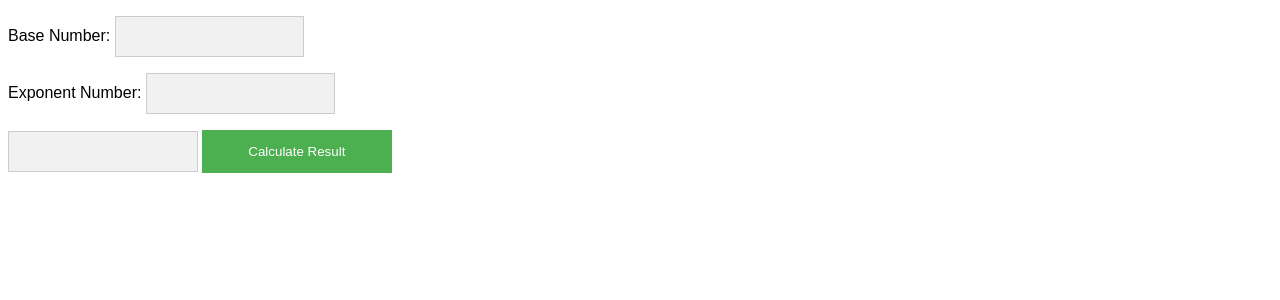
Repository: DeepaliKalagate/PowerCalculatorAPI
Page: PowerFunctionCalculator/src/main/resources/PowerFunction.html
These files come from the project's save history. The page is drawn as it stood at one moment and after the next save; the edit follows.
The browser window is 1280 px wide. The pictures show the whole page.

Above is the page before, as saved 2020-02-09 06:05:36.

After the next save:
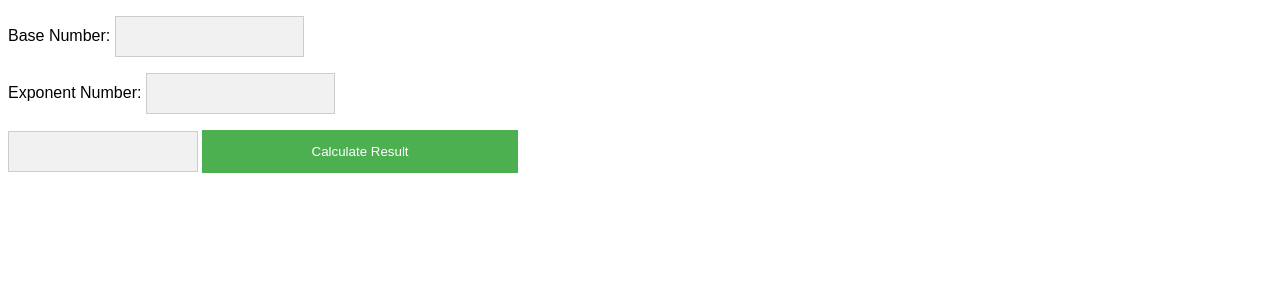
Saved 31 s later.
--- a/PowerFunctionCalculator/src/main/resources/PowerFunction.html
+++ b/PowerFunctionCalculator/src/main/resources/PowerFunction.html
@@ -27,7 +27,7 @@ input[type=submit] {
   margin: 8px 0;
   border: none;
   cursor: pointer;
-  width: 15%;
+  width: 25%;
 }
 
 input:hover {
